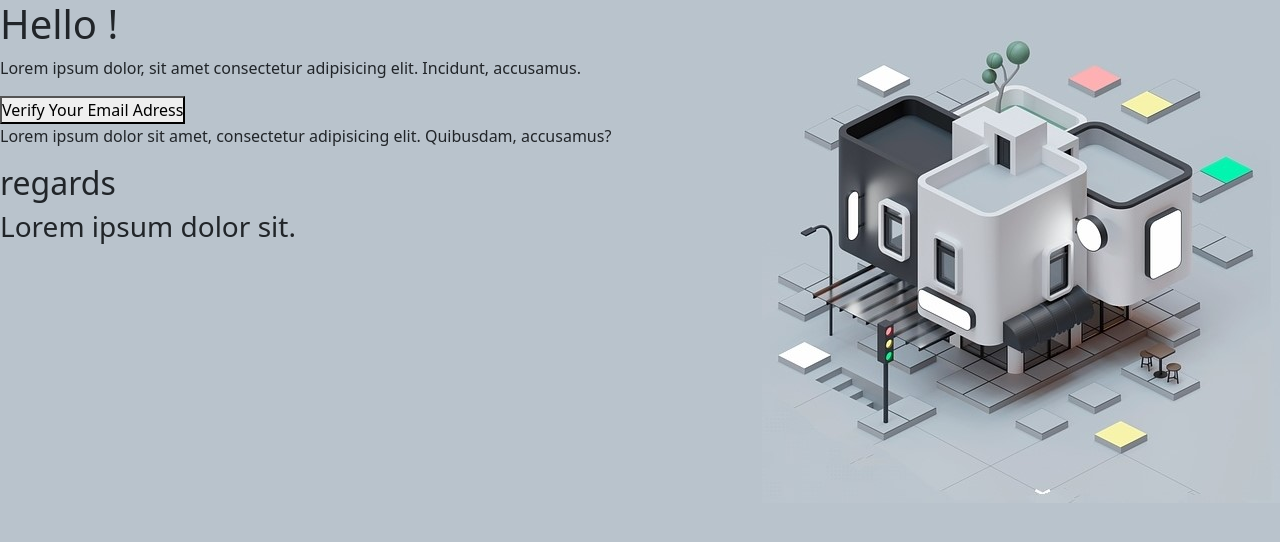
Repository: Aayush919/taskui
Page: index.html
These files come from the project's save history. The page is drawn as it stood at one moment and after the next save; the edit follows.
The browser window is 1280 px wide. The pictures show the whole page.

Above is the page before, as saved 2024-01-12 12:36:59.

After the next save:
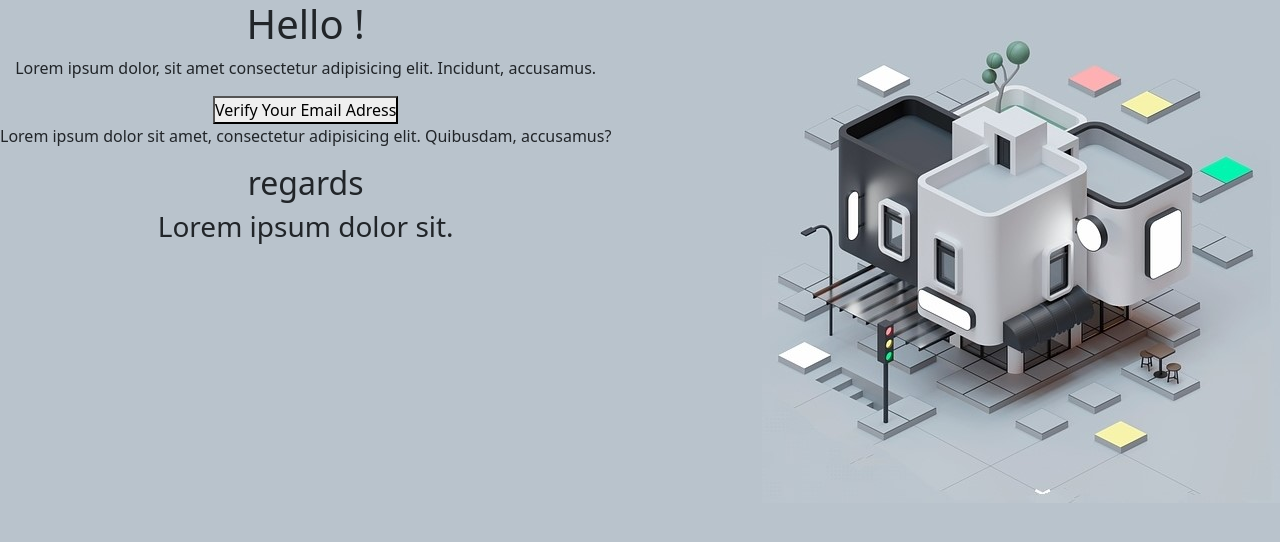
Saved 4 s later.
--- a/style.css
+++ b/style.css
@@ -35,7 +35,7 @@ html,body{
 
 
 
-.right  top{
+.right .top{
     display:flex;
     flex-direction: column;
     align-items: center;
